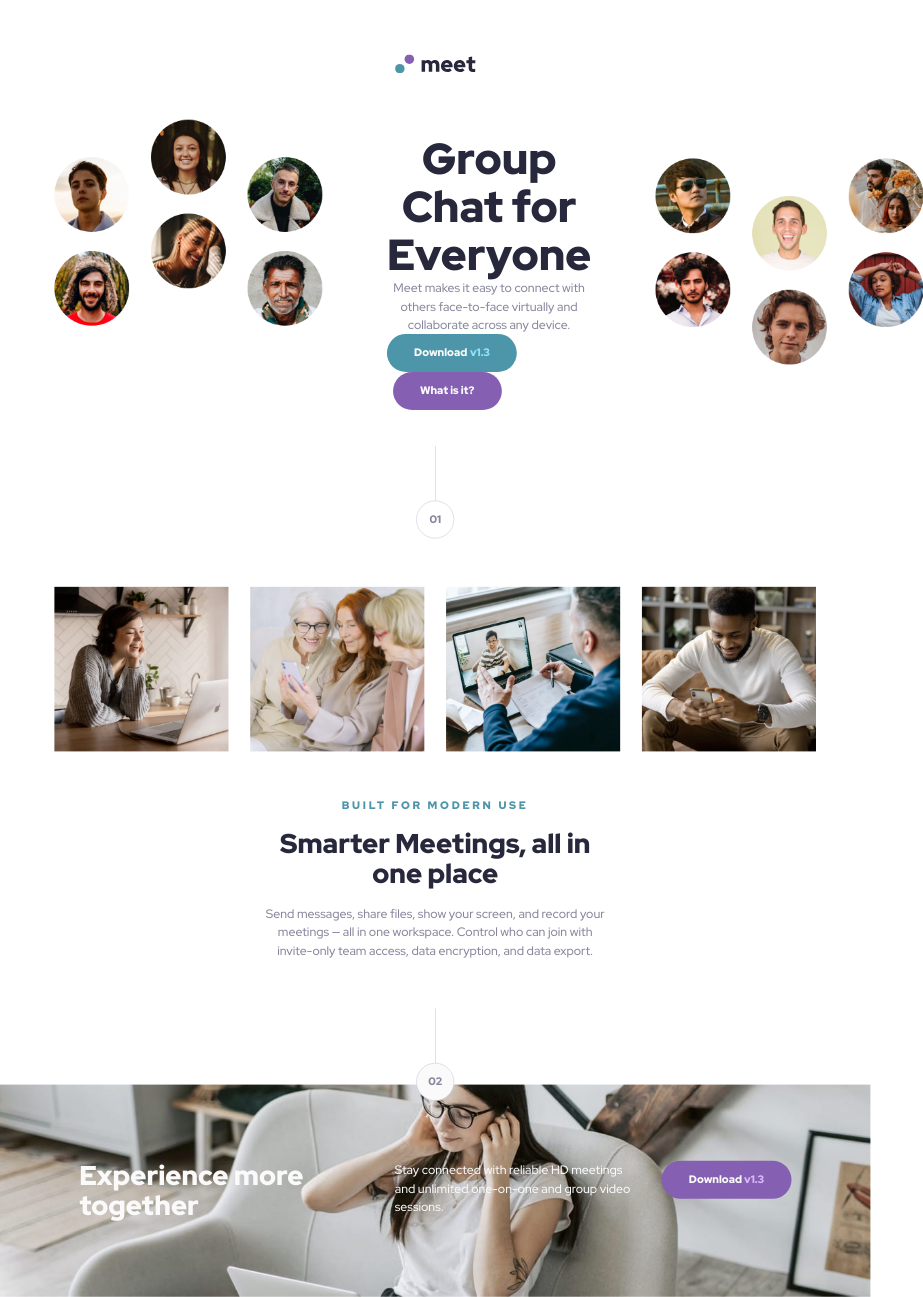
Repository: brandontaylor1/meet-landing-page
Page: index.html
The author's editor kept a copy of each file at every save. The page is drawn from the files as they stood at one save, then again after the next save.
The browser window is 1280 px wide. The page is 1358 px wide, so the pictures cover 1358 px, including what lies to the right of the window. The pictures show the whole page, at 68% of full size.

Above is the page before, as saved 2025-01-11 22:43:59.

After the next save:
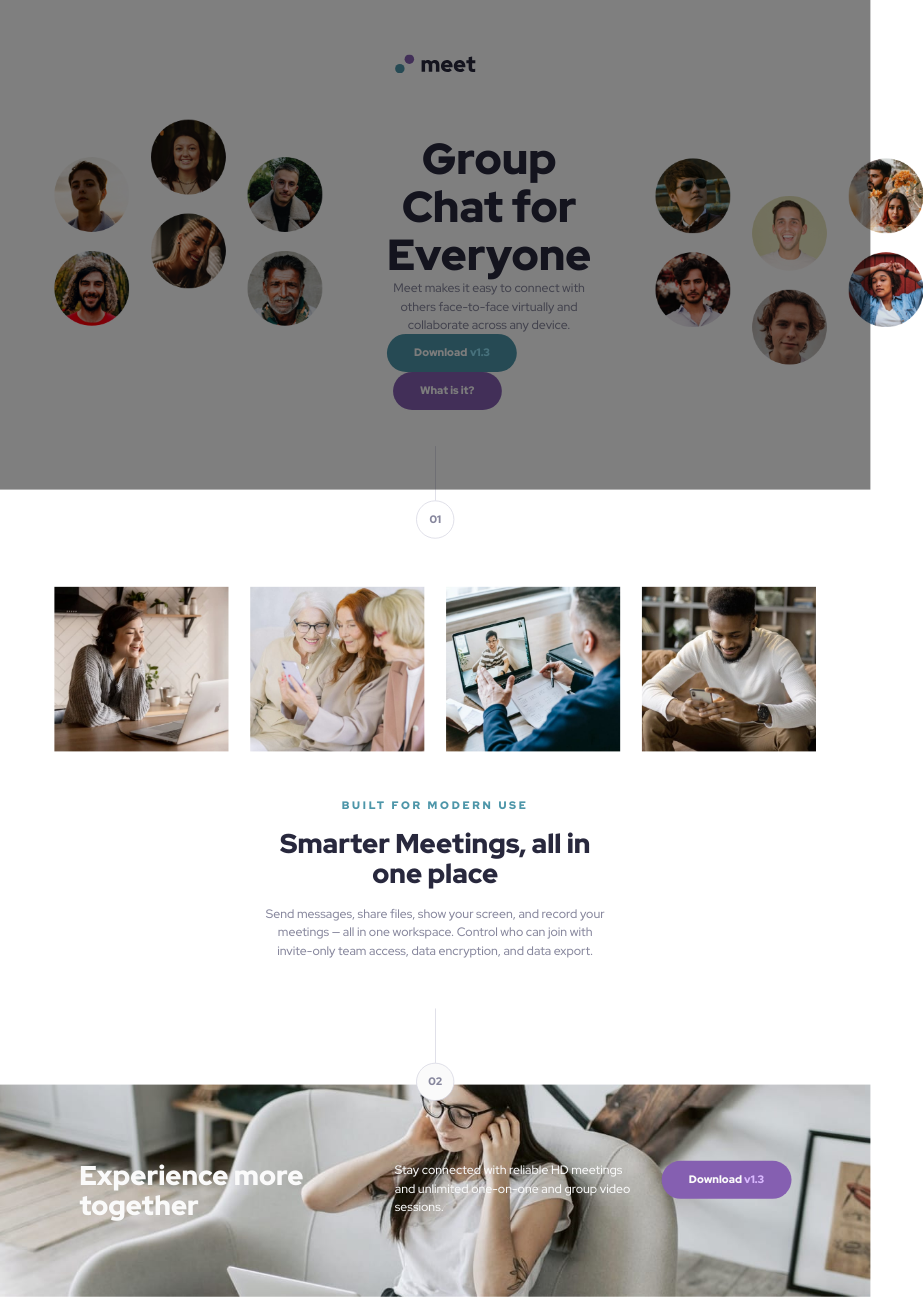
Saved 86 s later.
--- a/styles.css
+++ b/styles.css
@@ -251,6 +251,17 @@
     width: 22rem;
 }
 
+.footer::before {
+    content: "";
+    position: absolute;
+    top: 0;
+    left: 0;
+    width: 100%;
+    height: 100%;
+    background-color: rgba(0, 0, 0, 0.5); /* Adjust the color and opacity as needed */
+    z-index: 1;
+}
+
 .footer-span {
     color: var(--color-lightpurple)
 }
